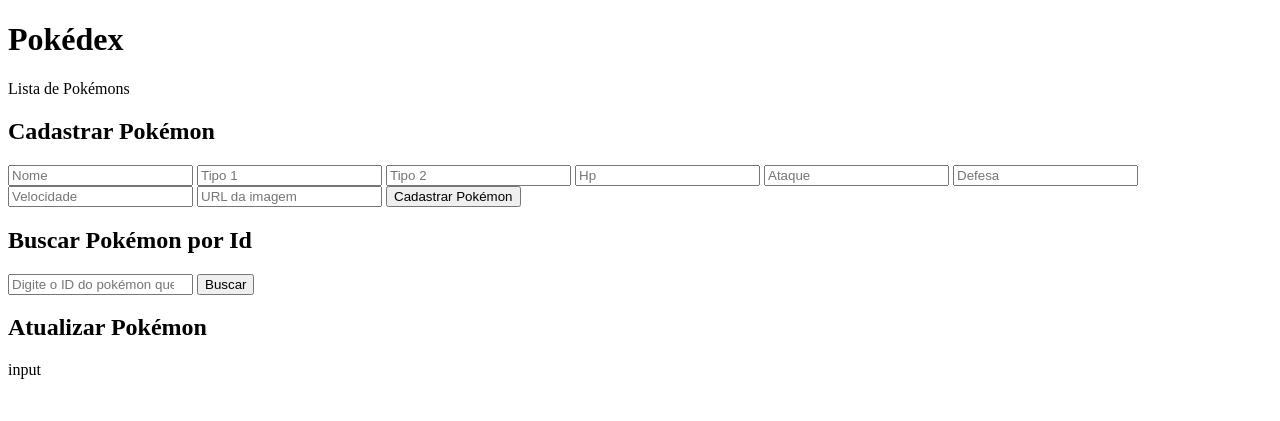
Repository: arthurSchgg/pokedex
Page: front-end/index.html
These files come from the project's save history. The page is drawn as it stood at one moment and after a run of saves; the edit follows.
The browser window is 1280 px wide. The pictures show the whole page.
The page's requests for data from a server got no answer.

Above is the page before, as saved 2026-10-01 16:03:24.

After the next 3 saves:
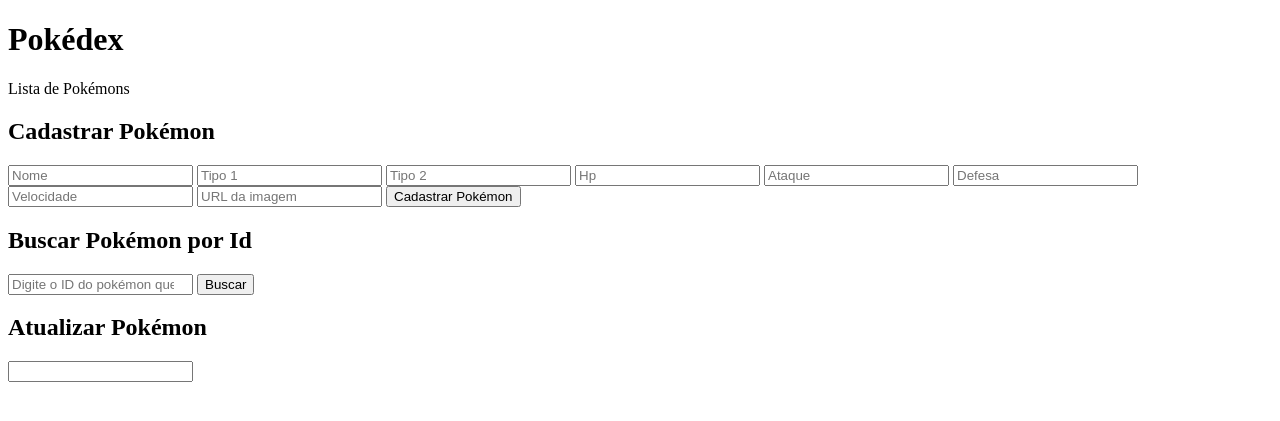
The 3 saves are shown as one change because they came seconds apart.
The last was saved 8 s later.
--- a/front-end/index.html
+++ b/front-end/index.html
@@ -57,7 +57,9 @@
         <h2>Atualizar Pokémon</h2>
 
         <form id="pokemon-update-form">
-            input
+            <input
+
+            >
         </form>
     </div>
 
